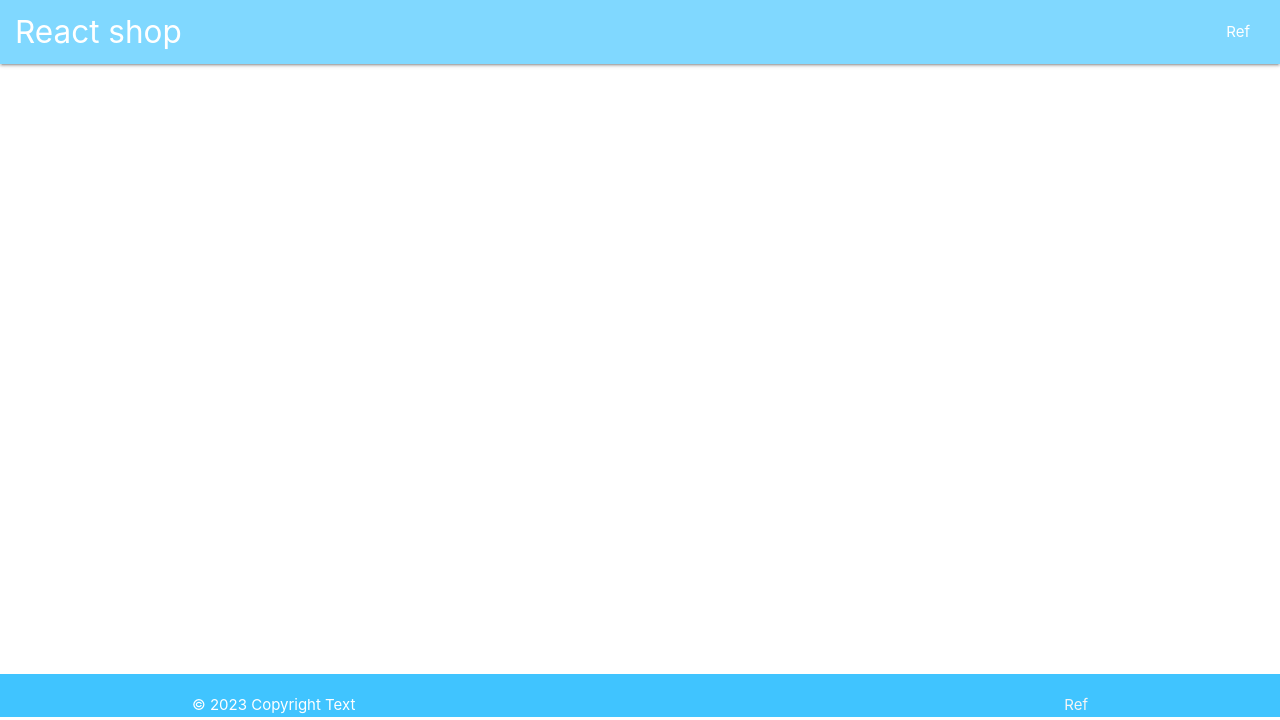
Repository: qui-qui-qui/react-recipe
Page: /
These files come from the project's save history. The page is drawn as it stood at one moment and after the next save; the edit follows.
The browser window is 1280 px wide. The pictures show the whole page.
The project was rebuilt for these pictures with package versions that can differ from the ones it lists, and the page was loaded fresh each time. Also part of the build but not shown: src/pages/About.jsx, src/pages/Contact.jsx.

Above is the page before, as saved 2023-01-09 15:02:05.

### public/index.html
<!DOCTYPE html>
<html lang="en">
  <head>
    <meta charset="utf-8" />
    <link rel="icon" href="%PUBLIC_URL%/favicon.ico" />
    <meta name="viewport" content="width=device-width, initial-scale=1" />
    <meta name="theme-color" content="#000000" />
    <meta
      name="spa app"
      content="spa using routing"
    />
    <link rel="apple-touch-icon" href="%PUBLIC_URL%/logo192.png" />
    <link rel="manifest" href="%PUBLIC_URL%/manifest.json" />
    <title>SPA</title>
    <link rel="stylesheet" href="https://cdnjs.cloudflare.com/ajax/libs/materialize/1.0.0/css/materialize.min.css">
  </head>
  <body>
    <noscript>You need to enable JavaScript to run this app.</noscript>
    <div id="root"></div>
  </body>
</html>

### src/index.css
body {
  margin: 0;
  font-family: -apple-system, BlinkMacSystemFont, 'Segoe UI', 'Roboto', 'Oxygen',
    'Ubuntu', 'Cantarell', 'Fira Sans', 'Droid Sans', 'Helvetica Neue',
    sans-serif;
  -webkit-font-smoothing: antialiased;
  -moz-osx-font-smoothing: grayscale;
}

nav {
  padding: 0 1rem;
}

.content {
  min-height: calc(100vh - 70px - 40px);
  padding: 1.5rem 0;
}

### src/App.js
import { BrowserRouter as Router, Routes, Route, Switch } from "react-router-dom";
import { Header } from "./components/Header";
import { Footer } from "./components/Footer";

import { Home } from "./pages/Home";
import { About } from "./pages/About";
import { Contact } from "./pages/Contact";

function App() {
  return (
    <>
      <Header />
      <main className="container content">
        <Router>
          <Routes>
            <Route path="/" element={<Home />} />
            <Route path="/about" element={<About />} />
            <Route path="/contacts" element={<Contact />} />
          </Routes>
        </Router>
      </main>
      <Footer />
    </>
  );
}

export default App;

### src/components/Header.jsx
function Header() {
    return <nav className="light-blue accent-1">
      <div className="nav-wrapper">
        <a href="!#" className="brand-logo left">React shop</a>
        <ul id="nav-mobile" className="right">
          <li><a href="!#">Ref</a></li>
        </ul>
      </div>
  </nav>
}

export {Header}

### src/components/Footer.jsx
function Footer() {
    return <footer className="page-footer light-blue accent-2">
      <div className="container">
      © {new Date().getFullYear()} Copyright Text
      <a className="grey-text text-lighten-4 right" href="#!">Ref</a>
      </div>
  </footer>
}

export {Footer}

### src/pages/Home.jsx
function Home() {
    <h1>Hello from home</h1>
}

export {Home};

Loaded but not shown: src/index.js (common file)

After the next save:
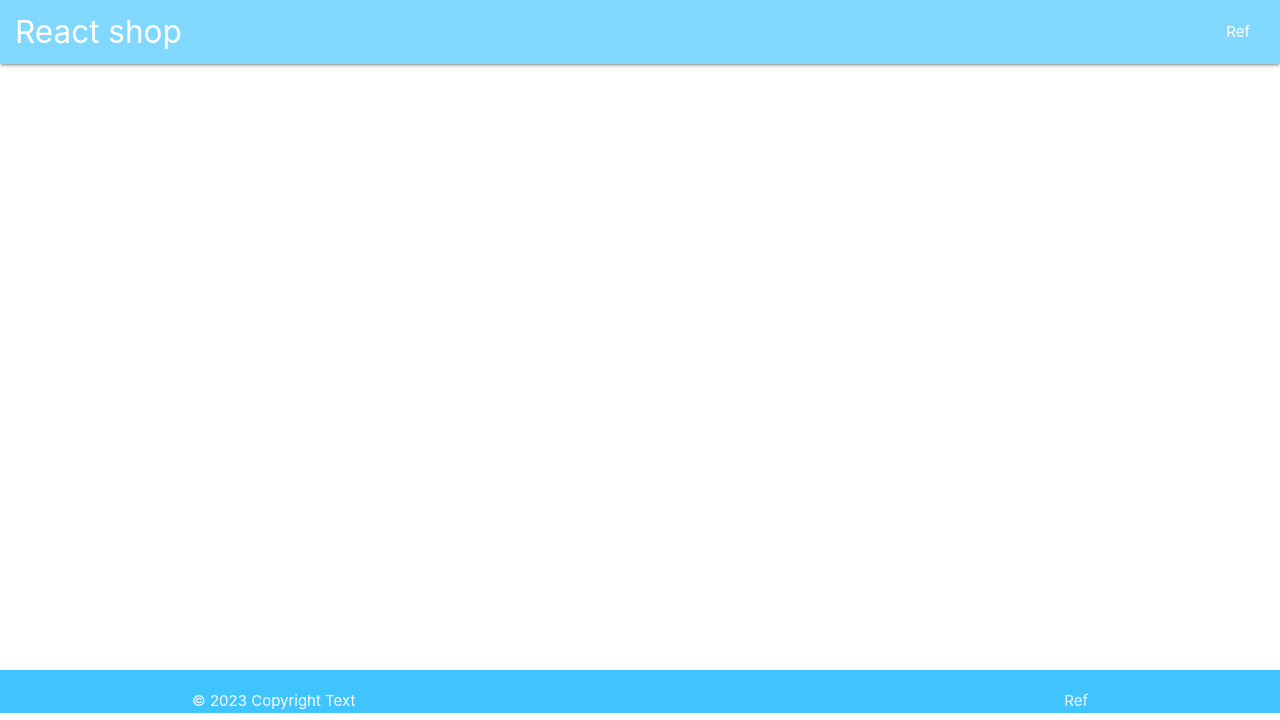
Saved 11 s later.
--- a/src/index.css
+++ b/src/index.css
@@ -12,6 +12,6 @@
 }
 
 .content {
-  min-height: calc(100vh - 70px - 40px);
+  min-height: calc(100vh - 70px - 44px);
   padding: 1.5rem 0;
 }

After the save that followed:
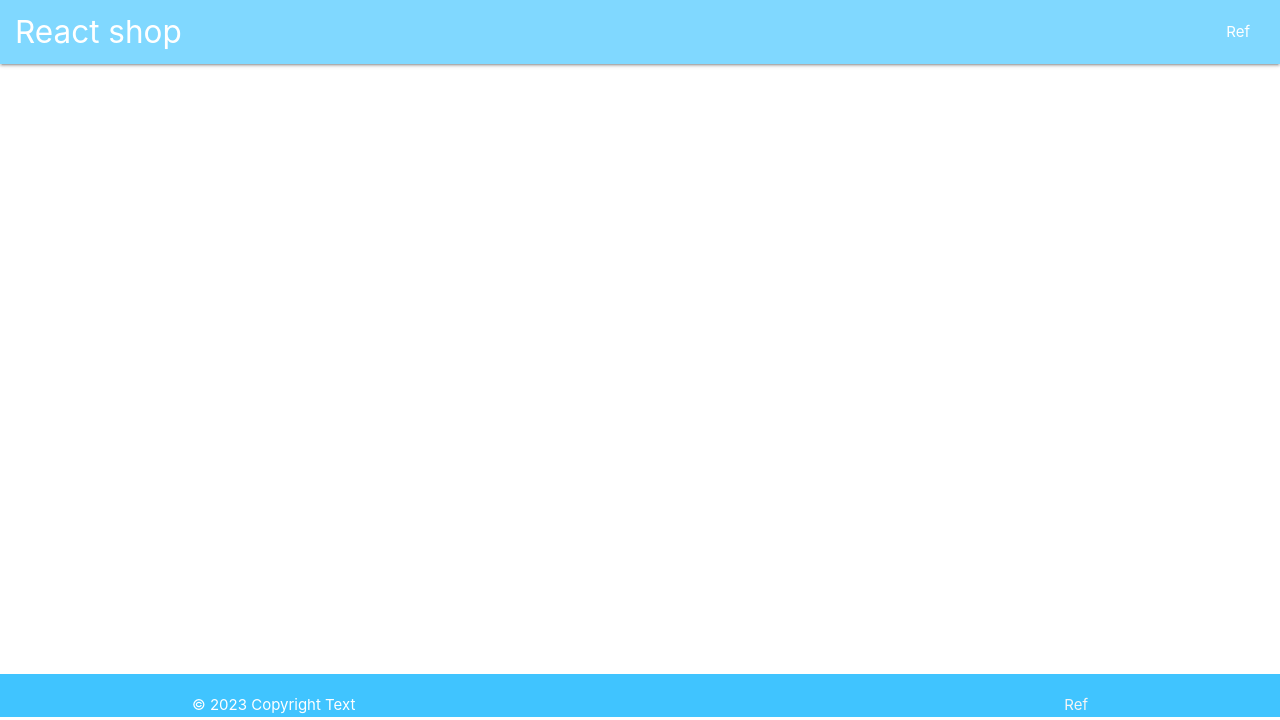
Saved 5 s later.
--- a/src/index.css
+++ b/src/index.css
@@ -12,6 +12,6 @@
 }
 
 .content {
-  min-height: calc(100vh - 70px - 44px);
+  min-height: calc(100vh - 70px - 40px);
   padding: 1.5rem 0;
 }
